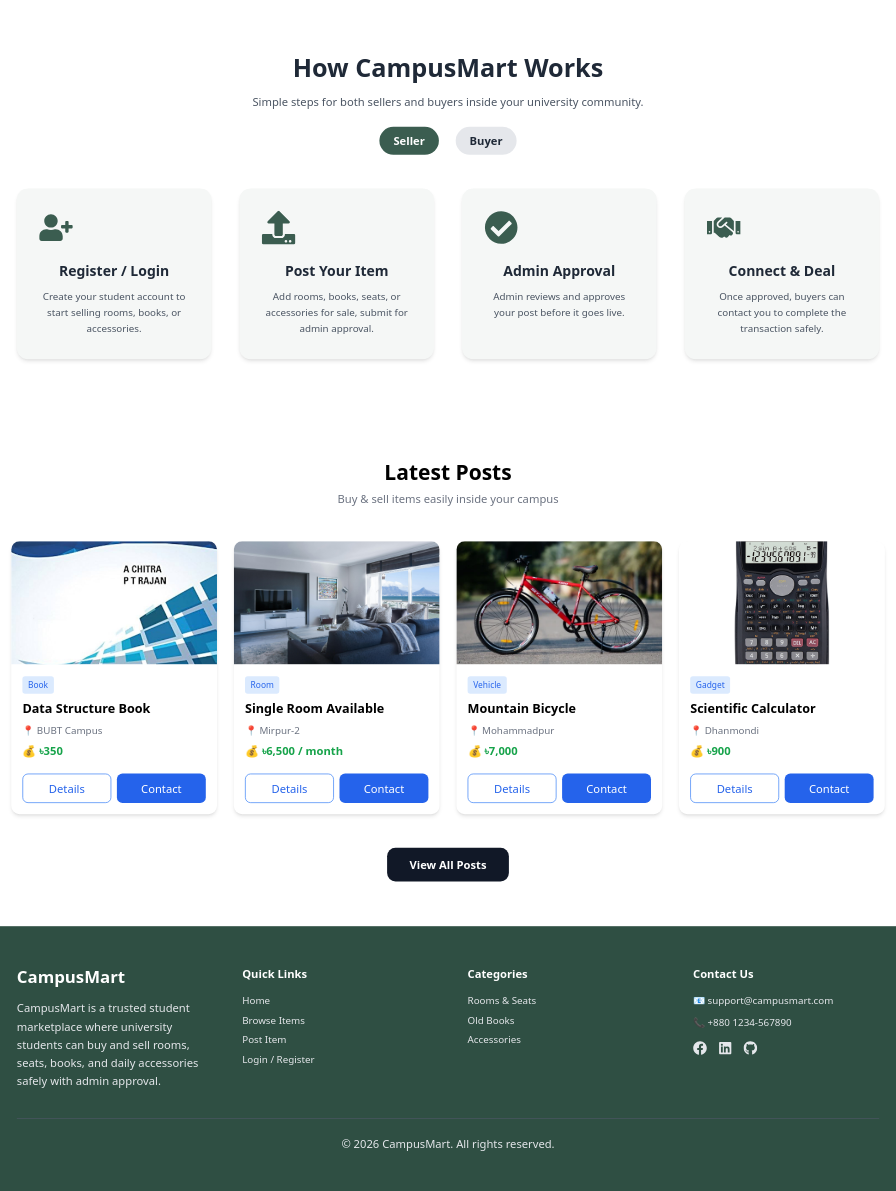
Repository: jahidhasanri/CAMPUSMART
Page: /
An editor plug-in stored every save of this project. The page is shown before and after the next save, followed by the edit.
The browser window is 1280 px wide. The pictures show the part of the page from y = 1183 to 3103 px (the page is 2885 px tall before and 3103 px after), at 70% of full size.
The project was rebuilt for these pictures with package versions that can differ from the ones it lists, and the page was loaded fresh each time. Also part of the build but not shown: vite.config.js, src/Pages/Login.jsx, src/Pages/Register.jsx.

Above is the page before, as saved 2026-01-14 00:24:58.

### index.html
<!doctype html>
<html lang="en">
  <head>
    <meta charset="UTF-8" />
    <link rel="icon" type="image/svg+xml" href="/vite.svg" />
    <meta name="viewport" content="width=device-width, initial-scale=1.0" />
    <title>campusmart</title>
  </head>
  <body>
    <div id="root"></div>
    <script type="module" src="/src/main.jsx"></script>
  </body>
</html>

### src/main.jsx
import { StrictMode } from 'react'
import { createRoot } from 'react-dom/client'
import './index.css'
import { RouterProvider } from 'react-router-dom'
import Router from './router/Router.jsx'


createRoot(document.getElementById('root')).render(
  <StrictMode>
    <RouterProvider router={Router} />
  </StrictMode>,
)

### src/router/Router.jsx
import { createBrowserRouter } from "react-router-dom";
import Home from "../Pages/Home.jsx";
import Main from "../components/Main.jsx";
import Login from "../Pages/Login.jsx";
import Register from "../Pages/Register.jsx";


const Router = createBrowserRouter([
  {
    path: "/",
    element: <Main></Main>,
    children:[
        {
            index:true,
            element:<Home></Home>
        },
        {
          path:"/login",
          element:<Login></Login>
        },
        {
          path:"/register",
          element:<Register></Register>
        }
    ]
  },
]);

export default Router;

### src/Pages/Home.jsx
import React from 'react';
import Banner from '../components/Banner';
import Categories from '../components/Category';
import HowItWorks from '../components/HowItWorks';
import Posts from '../components/Posts';

const Home = () => {
    return (
        <div>
            <Banner></Banner>
            <Categories></Categories>
            <HowItWorks></HowItWorks>
            <Posts></Posts>
        </div>
    );
};

export default Home;

### src/components/Main.jsx
import React from 'react';
import { Outlet } from 'react-router-dom';
import Navbar from './Navbar';
import Footer from './Footer';

const Main = () => {
    return (
        <div className=''>
            <Navbar></Navbar>
            <div className="min-h-[calc(100vh-422px)]">

            <Outlet></Outlet>
            </div>
            <Footer></Footer>
        </div>
    );
};

export default Main;

### src/components/Banner.jsx
import { useState, useEffect } from "react";

const slides = [
  {
    title: "Find Rooms & Seats Inside Your Campus",
    subtitle:
      "Easily find or post available rooms and seats within your university area with admin approval.",
    image: "/images/room1.png",
  },
  {
    title: "Buy & Sell Previous Semester Books",
    subtitle:
      "Save money by buying used books or sell your old semester books to juniors.",
    image: "/images/books.png",
  },
  {
    title: "Student Accessories Marketplace",
    subtitle:
      "Calculator, table lamp, chair, bag and other student essentials - all in one place.",
    image: "/images/product-3.png",
  },
];

const Banner = () => {
  const [current, setCurrent] = useState(0);

  // auto slide
  useEffect(() => {
    const interval = setInterval(() => {
      setCurrent((prev) => (prev + 1) % slides.length);
    }, 10000);

    return () => clearInterval(interval);
  }, []);

  return (
    <div className="w-full bg-[#3b5d50]">
      <div className="max-w-[1300px] mx-auto px-4 py-20">
        <div className="grid grid-cols-1 md:grid-cols-2 items-center gap-10">

          {/* LEFT CONTENT */}
          <div className="text-white">
            <h1 className="text-3xl md:text-5xl font-bold mb-4 leading-tight">
              {slides[current].title}
            </h1>

            <p className="text-gray-200 text-lg mb-8">
              {slides[current].subtitle}
            </p>

            <div className="flex gap-4 flex-wrap">
              <button className="bg-white text-[#3b5d50] px-6 py-3 rounded-lg font-semibold hover:bg-gray-200 transition">
                Browse Items
              </button>
              <button className="border border-white px-6 py-3 rounded-lg font-semibold hover:bg-white hover:text-[#3b5d50] transition">
                Post an Item
              </button>
            </div>
          </div>

          {/* RIGHT IMAGE */}
          <div className="flex justify-center">
            <img
              src={slides[current].image}
              alt="banner"
              className="w-full max-h-[350px] max-w-[550px] object-contain"
            />
          </div>
        </div>

        {/* DOTS */}
        <div className="flex justify-center mt-10 gap-3">
          {slides.map((_, index) => (
            <button
              key={index}
              onClick={() => setCurrent(index)}
              className={`h-3 w-3 rounded-full ${
                current === index ? "bg-white" : "bg-gray-400"
              }`}
            ></button>
          ))}
        </div>
      </div>
    </div>
  );
};

export default Banner;

### src/components/Category.jsx
/* eslint-disable no-unused-vars */

import { motion } from "framer-motion";
import { FaHome, FaBook, FaShoppingBag } from "react-icons/fa";

const categories = [
  {
    title: "Rooms & Seats",
    desc: "Find or rent rooms and seats near your campus easily.",
    icon: <FaHome />,
  },
  {
    title: "Old Books",
    desc: "Buy and sell previous semester books at affordable prices.",
    icon: <FaBook />,
  },
  {
    title: "Accessories",
    desc: "Daily student essentials like bags, calculators, gadgets & more.",
    icon: <FaShoppingBag />,
  },
];

const fadeUp = {
  hidden: { opacity: 0, y: 60 },
  visible: {
    opacity: 1,
    y: 0,
    transition: {
      duration: 0.7,
      ease: "easeOut",
    },
  },
};

const Categories = () => {
  return (
    <section className="py-20 bg-[#f5f7f6]">
      <div className="max-w-[1300px] mx-auto px-6">

        {/* TITLE */}
        <motion.div
          variants={fadeUp}
          initial="hidden"
          whileInView="visible"
          viewport={{ once: true }}
          className="text-center mb-16"
        >
          <h2 className="text-3xl md:text-4xl font-bold text-gray-800 mb-4">
            Browse by Category
          </h2>
          <p className="text-gray-600 max-w-xl mx-auto">
            Explore categories specially designed for university students.
          </p>
        </motion.div>

        {/* CARDS */}
        <div className="grid grid-cols-1 md:grid-cols-2 lg:grid-cols-3 gap-10">
          {categories.map((item, index) => (
            <motion.div
              key={index}
              variants={fadeUp}
              initial="hidden"
              whileInView="visible"
              viewport={{ once: true }}
              transition={{ delay: index * 0.15 }}
              className="bg-white rounded-2xl p-8 shadow-md hover:shadow-lg transition-shadow duration-300"
            >
              <div className="text-4xl text-[#3b5d50] mb-6">
                {item.icon}
              </div>

              <h3 className="text-xl font-semibold text-gray-800 mb-3">
                {item.title}
              </h3>

              <p className="text-gray-600 text-sm leading-relaxed">
                {item.desc}
              </p>
            </motion.div>
          ))}
        </div>

      </div>
    </section>
  );
};

export default Categories;

### src/components/Posts.jsx
/* eslint-disable no-unused-vars */
import { useState } from "react";
import { motion, AnimatePresence } from "framer-motion";
import { Link } from "react-router-dom";

const posts = [
  {
    id: 1,
    img: "/images/ds.jpg",
    title: "Data Structure Book",
    category: "Book",
    location: "BUBT Campus",
    price: "৳350",
    contact: "01731-847198",
    description: "Almost new DSA book, no missing pages."
  },
  {
    id: 2,
    img: "/images/r1.jpg",
    title: "Single Room Available",
    category: "Room",
    location: "Mirpur-2",
    price: "৳6,500 / month",
    contact: "01845-XXXXXX",
    description: "Bachelor friendly room near university."
  },
  {
    id: 3,
    img: "/images/cycle.webp",
    title: "Mountain Bicycle",
    category: "Vehicle",
    location: "Mohammadpur",
    price: "৳7,000",
    contact: "01922-XXXXXX",
    description: "Good condition, used for 6 months."
  },
  {
    id: 4,
    img: "/images/calculator.jpg",
    title: "Scientific Calculator",
    category: "Gadget",
    location: "Dhanmondi",
    price: "৳900",
    contact: "01688-XXXXXX",
    description: "Perfect for engineering students."
  }
];

const Posts = () => {
  const [selectedPost, setSelectedPost] = useState(null);

  return (
    <section className="max-w-7xl mx-auto px-4 my-16">

      {/* Section Title */}
      <div className="text-center mb-12">
        <h2 className="text-3xl font-bold">Latest Posts</h2>
        <p className="text-gray-500 mt-2">
          Buy & sell items easily inside your campus
        </p>
      </div>

      {/* Cards */}
      <div className="grid grid-cols-1 sm:grid-cols-2 lg:grid-cols-4 gap-6">
        {posts.map((post, index) => (
          <motion.div
            key={post.id}
            initial={{ opacity: 0, y: 50 }}
            whileInView={{ opacity: 1, y: 0 }}
            viewport={{ once: true }}
            transition={{ duration: 0.5, delay: index * 0.15 }}
            className="bg-white rounded-xl shadow-md hover:shadow-xl transition"
          >
            <img
              src={post.img}
              alt={post.title}
              className="h-44 w-full object-cover rounded-t-xl"
            />

            <div className="p-4 space-y-2">
              <span className="text-xs bg-blue-100 text-blue-600 px-2 py-1 rounded">
                {post.category}
              </span>

              <h3 className="font-semibold text-lg">{post.title}</h3>

              <p className="text-sm text-gray-500">📍 {post.location}</p>
              <p className="font-bold text-green-600">💰 {post.price}</p>

              {/* Buttons */}
              <div className="flex gap-2 pt-3">
                <button
                  onClick={() => setSelectedPost(post)}
                  className="w-1/2 py-2 rounded-lg border border-blue-500 text-blue-600 font-medium hover:bg-blue-50 transition"
                >
                  Details
                </button>

                <button
                  className="w-1/2 py-2 rounded-lg bg-blue-600 text-white font-medium hover:bg-blue-700 transition"
                >
                  Contact
                </button>
              </div>
            </div>
          </motion.div>
        ))}
      </div>

      {/* View All */}
      <div className="text-center mt-12">
        <Link to="/posts">
          <button className="px-8 py-3 rounded-xl bg-gray-900 text-white font-semibold hover:bg-gray-800 transition">
            View All Posts
          </button>
        </Link>
      </div>

      {/* Modal */}
      <AnimatePresence>
        {selectedPost && (
          <motion.div
            initial={{ opacity: 0 }}
            animate={{ opacity: 1 }}
            exit={{ opacity: 0 }}
            className="fixed inset-0 bg-black/50 flex items-center justify-center z-50 px-4"
          >
            <motion.div
              initial={{ scale: 0.85, y: 40 }}
              animate={{ scale: 1, y: 0 }}
              exit={{ scale: 0.85, y: 40 }}
              transition={{ duration: 0.3 }}
              className="bg-white rounded-2xl max-w-lg w-full p-6 relative"
            >
              {/* Close */}
              <button
                onClick={() => setSelectedPost(null)}
                className="absolute top-3 right-3 text-gray-500 hover:text-black"
              >
                ✕
              </button>

              <img
                src={selectedPost.img}
                alt=""
                className="w-full h-52 object-cover rounded-xl mb-4"
              />

              <h3 className="text-2xl font-bold">{selectedPost.title}</h3>

              <p className="text-sm text-gray-500 mt-1">
                {selectedPost.category} • {selectedPost.location}
              </p>

              <p className="text-xl font-semibold text-green-600 mt-2">
                {selectedPost.price}
              </p>

              <p className="text-gray-700 mt-3">
                {selectedPost.description}
              </p>

              <p className="mt-3 font-medium">
                📞 {selectedPost.contact}
              </p>

              <button className="mt-5 w-full py-3 rounded-xl bg-blue-600 text-white font-semibold hover:bg-blue-700 transition">
                Contact Seller
              </button>
            </motion.div>
          </motion.div>
        )}
      </AnimatePresence>

    </section>
  );
};

export default Posts;

### src/components/Navbar.jsx

import { useState } from "react";
import { Link } from "react-router-dom";
import { TiShoppingCart } from "react-icons/ti";
import { HiMenuAlt3, HiX } from "react-icons/hi";

const Navbar = () => {
  const [menuOpen, setMenuOpen] = useState(false);

  const navLinks = [
    { name: "HOME", path: "/" },
    { name: "POSTS", path: "/products" },
    { name: "SERVICES", path: "/services" },
    { name: "ABOUT US", path: "/about" },
    { name: "BLOG", path: "/blog" },
    { name: "CONTACT", path: "/contact" },
  ];

  return (
    <header className="bg-[#3b5d50] text-white">
      <div className="max-w-[1300px]  mx-auto px-2 py-5">
        <div className="flex items-center justify-between h-16">

          {/* Logo */}
         <Link href={'/'}>
          <img src="/images/campu_logo-removebg-preview.png" className="w-[150px] h-26" alt="Green Nest Logo" />
         </Link>

          {/* Desktop Menu (lg only) */}
          <ul className="hidden lg:flex gap-10 font-normal text-sm">
            {navLinks.map((link) => {
              return (
                <li key={link.path}>
                  <Link
                    href={link.path}
                    className={`pb-1 transition-all duration-300`}
                  >
                    {link.name}
                  </Link>
                </li>
              );
            })}
          </ul>

          {/* Cart + Login (md and up) */}
          <Link href={'/login'} className="hidden md:flex items-center gap-6">
            <TiShoppingCart
              size={26}
              className="cursor-pointer hover:text-[#5a8139]"
            />
            <Link to={'/login'} className="bg-white text-[#3b5d50] px-6 py-2 rounded-lg font-semibold hover:bg-gray-200 transition">
                Login
              </Link>
          </Link>

          {/* Hamburger (md & sm only) */}
          <div className="lg:hidden">
            <button onClick={() => setMenuOpen(!menuOpen)}>
              {menuOpen ? <HiX size={28} /> : <HiMenuAlt3 size={28} />}
            </button>
          </div>
        </div>

        {/* Mobile + Tablet Menu */}
        {menuOpen && (
          <div className="lg:hidden mt-4">
            <ul className="flex flex-col gap-4 font-medium">
              {navLinks.map((link) => {
                return (
                  <li key={link.path}>
                    <Link
                      href={link.path}
                      onClick={() => setMenuOpen(false)}
                      className={`block pb-1`}
                    >
                      {link.name}
                    </Link>
                  </li>
                );
              })}
            </ul>

                <Link href={'/login'} className=" md:hidden items-center gap-6">
            <TiShoppingCart
              size={26}
              className="cursor-pointer mb-5 mt-5 hover:text-[#5a8139]"
            />
            <button className="bg-[#5a8139] mb-5 hover:bg-[#5b8139d7] px-4 py-1.5 cursor-pointer rounded">
              Login
            </button>
          </Link>

          </div>
        )}
      </div>
    </header>
  );
};

export default Navbar;

### src/components/Footer.jsx
import { FaFacebook, FaLinkedin, FaGithub } from "react-icons/fa";

const Footer = () => {
  return (
    <footer className="bg-[#2f4f43] text-gray-200">
      <div className="max-w-[1300px] mx-auto px-6 py-14">
        <div className=" grid grid-cols-1 md:grid-cols-2 lg:grid-cols-4 gap-14">

          {/* BRAND */}
          <div className="">
            <h2 className="text-2xl font-bold text-white mb-4">
              CampusMart
            </h2>
            <p className="text-[16px] leading-relaxed">
              CampusMart is a trusted student marketplace where university
              students can buy and sell rooms, seats, books, and daily
              accessories safely with admin approval.
            </p>
          </div>

          {/* QUICK LINKS */}
          <div>
            <h3 className="text-[16px] font-semibold text-white mb-4">
              Quick Links
            </h3>
            <ul className="space-y-2 text-sm">
              <li className="hover:text-white cursor-pointer">Home</li>
              <li className="hover:text-white cursor-pointer">Browse Items</li>
              <li className="hover:text-white cursor-pointer">Post Item</li>
              <li className="hover:text-white cursor-pointer">Login / Register</li>
            </ul>
          </div>

          {/* CATEGORIES */}
          <div>
            <h3 className="text-[16px] font-semibold text-white mb-4">
              Categories
            </h3>
            <ul className="space-y-2 text-sm">
              <li className="hover:text-white cursor-pointer">Rooms & Seats</li>
              <li className="hover:text-white cursor-pointer">Old Books</li>
              <li className="hover:text-white cursor-pointer">Accessories</li>
            </ul>
          </div>

          {/* CONTACT */}
          <div>
            <h3 className="text-[16px] font-semibold text-white mb-4">
              Contact Us
            </h3>
            <p className="text-sm mb-3">📧 support@campusmart.com</p>
            <p className="text-sm mb-4">📞 +880 1234-567890</p>

            <div className="flex gap-4 text-xl">
              <FaFacebook className="hover:text-white cursor-pointer" />
              <FaLinkedin className="hover:text-white cursor-pointer" />
              <FaGithub className="hover:text-white cursor-pointer" />
            </div>
          </div>

        </div>

        {/* BOTTOM */}
        <div className="border-t border-gray-600 mt-10 pt-6 text-center text-[16px]">
          © {new Date().getFullYear()} CampusMart. All rights reserved.
        </div>
      </div>
    </footer>
  );
};

export default Footer;

Loaded but not shown: src/index.css (common file); tailwind.config.js (common file); src/components/HowItWorks.jsx (92 lines, source omitted)

After the next save:
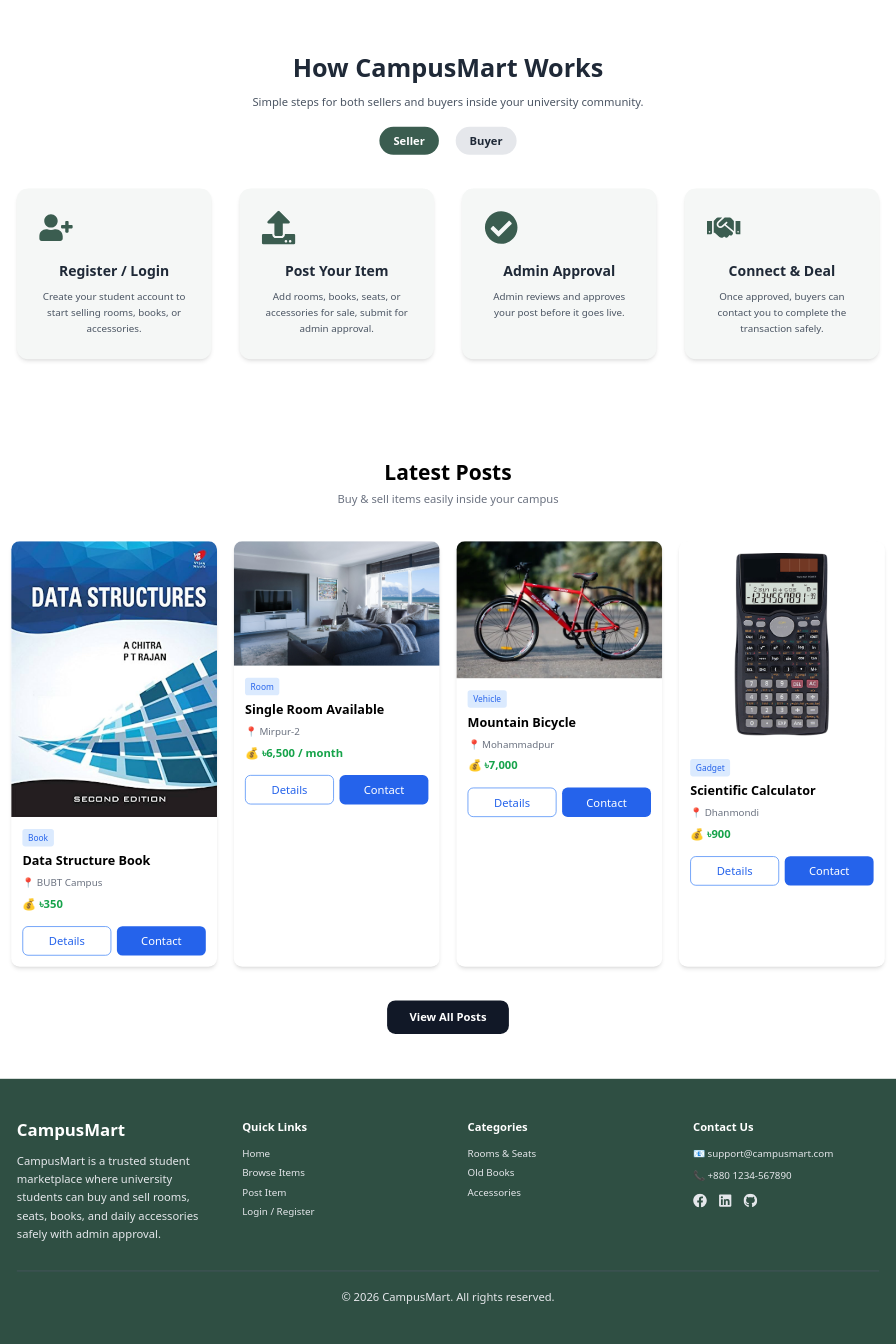
Saved 31 s later.
--- a/src/components/Posts.jsx
+++ b/src/components/Posts.jsx
@@ -74,7 +74,7 @@
             <img
               src={post.img}
               alt={post.title}
-              className="h-44 w-full object-cover rounded-t-xl"
+              className="h-54 w-full object-cover rounded-t-xl"
             />
 
             <div className="p-4 space-y-2">

After the 2 saves that followed:
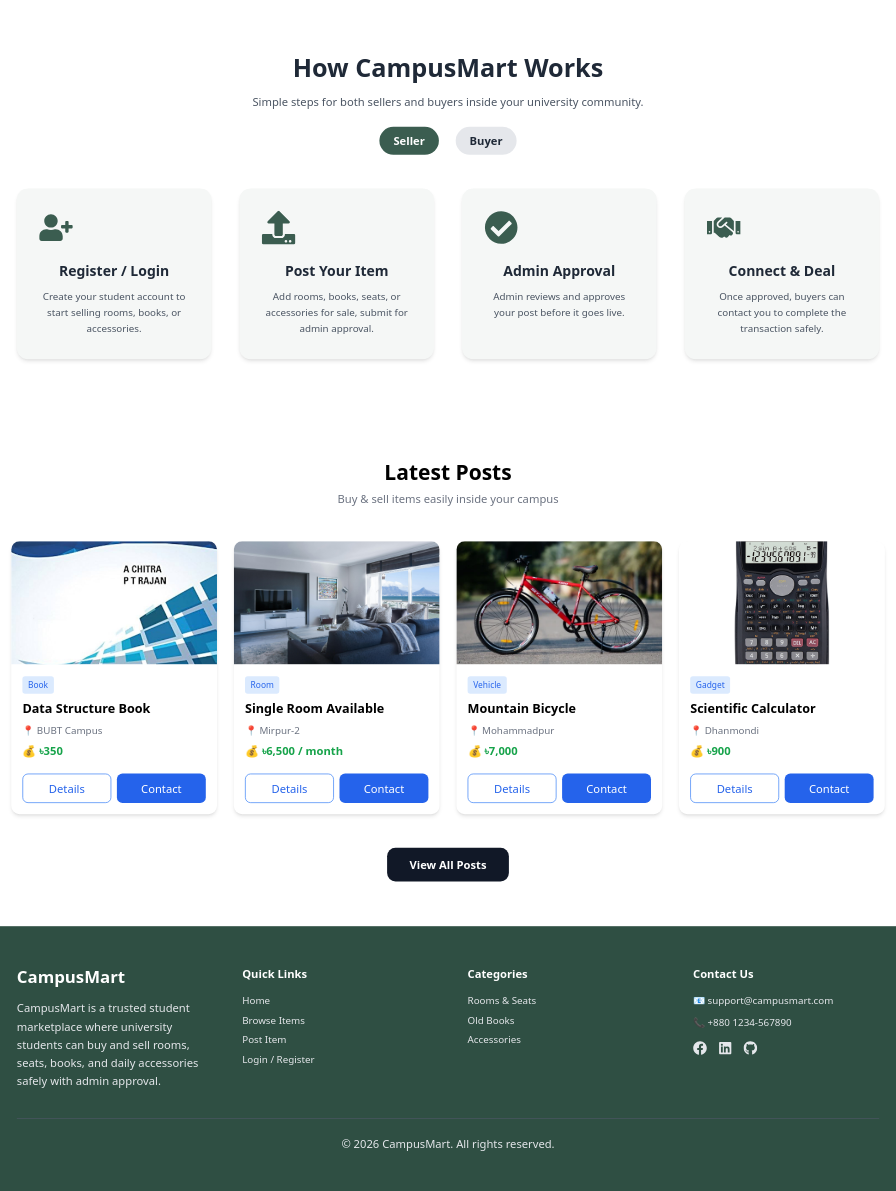
The 2 saves are shown as one change because 1 left the picture as it was.
The last was saved 20 s later.
--- a/src/components/Posts.jsx
+++ b/src/components/Posts.jsx
@@ -74,7 +74,7 @@
             <img
               src={post.img}
               alt={post.title}
-              className="h-54 w-full object-cover rounded-t-xl"
+              className="h-44 w-full object-cover rounded-t-xl"
             />
 
             <div className="p-4 space-y-2">
